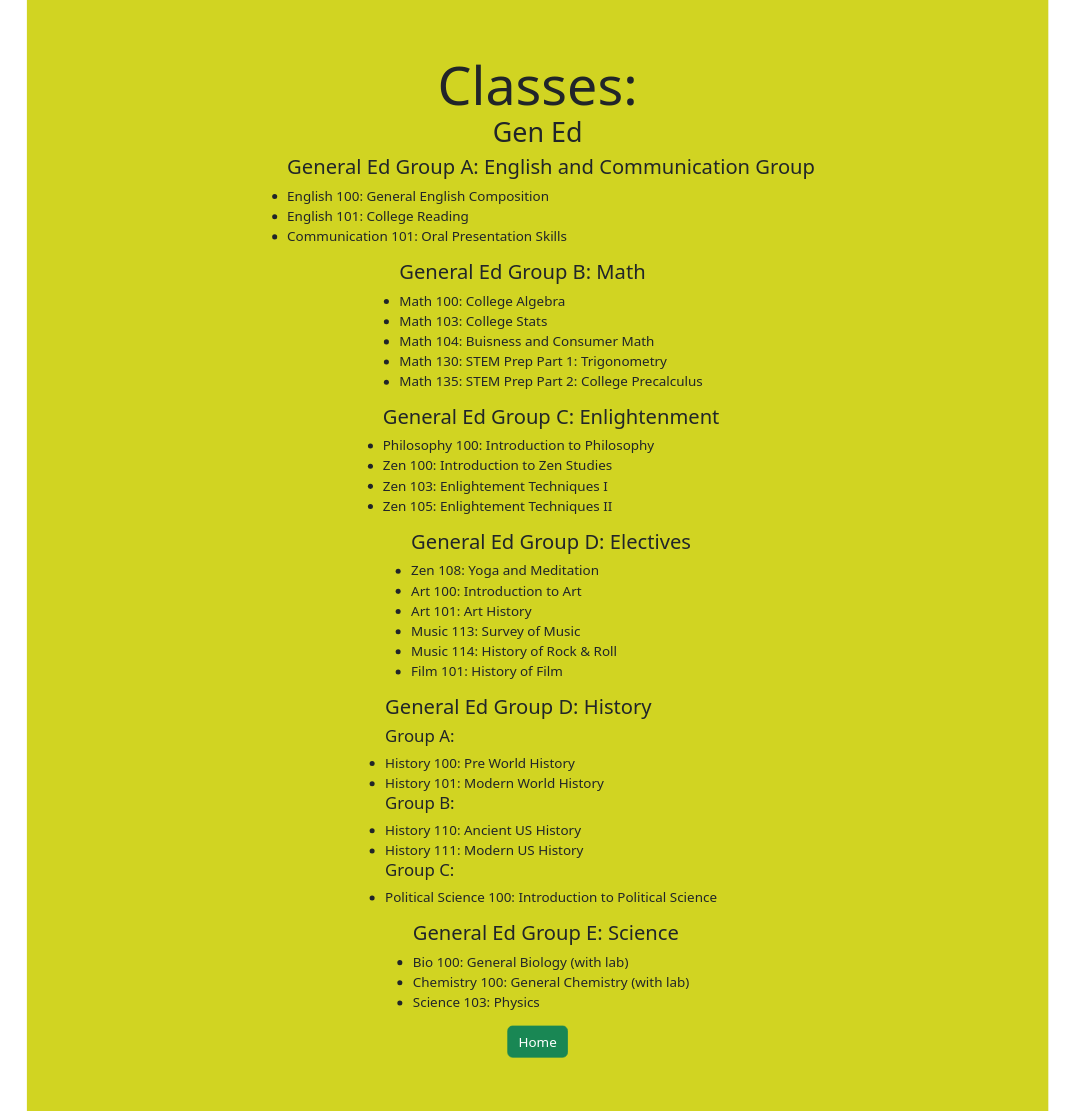
Repository: collegedude9300/zenschool
Page: /Classes
An editor plug-in stored every save of this project. The page is shown before and after the next save, followed by the edit.
The browser window is 1280 px wide. The pictures show the whole page, at 84% of full size.
The project was rebuilt for these pictures with package versions that can differ from the ones it lists, and the page was loaded fresh each time. The framework's server and built-in components were replaced by stand-ins that run in the browser. Also part of the build but not shown: next.config.js.

Above is the page before, as saved 2022-10-27 15:32:04.

After the next save:
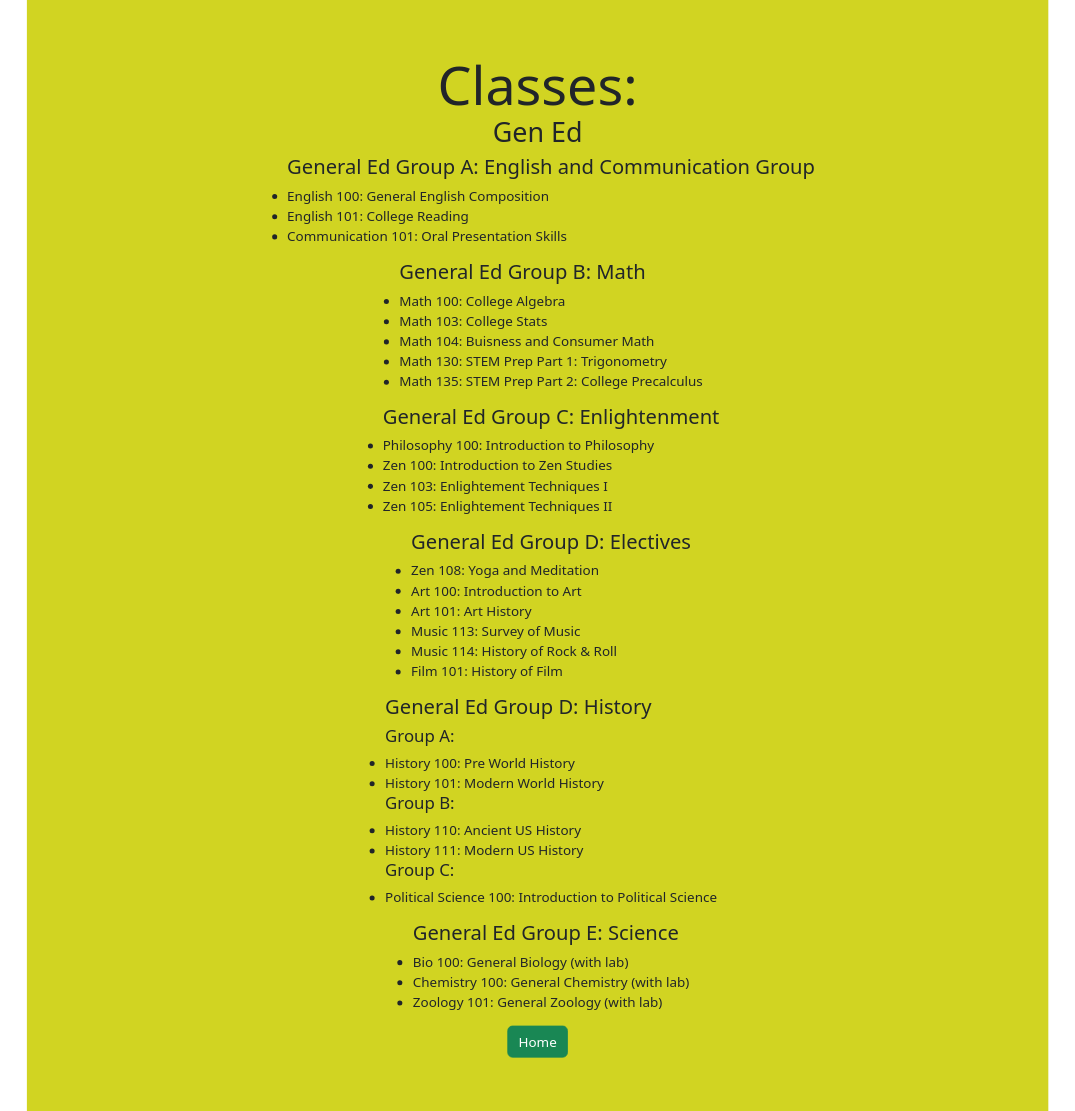
Saved 36 s later.
--- a/pages/Classes.js
+++ b/pages/Classes.js
@@ -64,7 +64,7 @@ export default function Classes() {
     <h4>General Ed Group E: Science </h4>
     <li> Bio 100: General Biology (with lab) </li>
     <li> Chemistry 100: General Chemistry (with lab)</li>
-    <li> Science 103: Physics </li>
+    <li> Zoology 101: General Zoology (with lab)</li>
     </ul>
     <Link legacyBehavior href="/">
         <a className="btn btn-success">Home</a>
